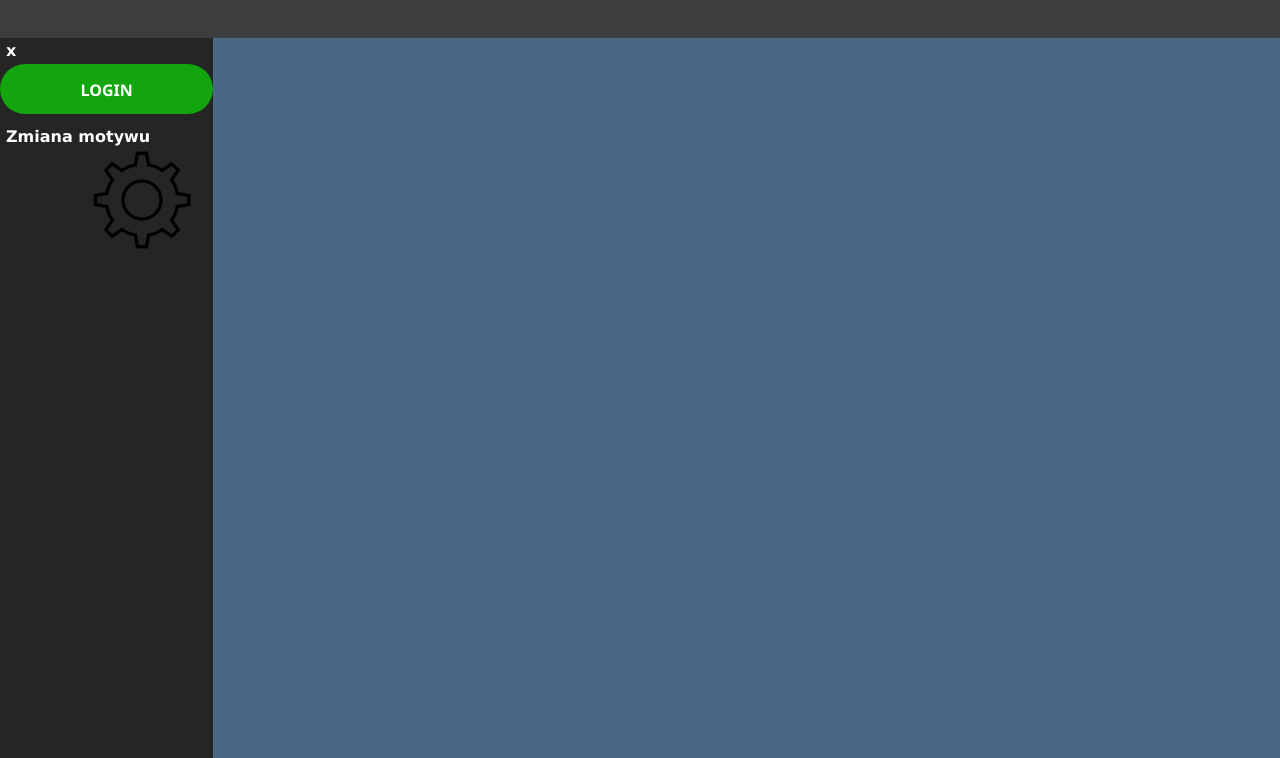
Repository: K4ziWolf/kazi
Page: /, after clicking the first element matching `button.btn`
These files come from the project's save history. The page is drawn as it stood at one moment and after the next save; the edit follows.
The browser window is 1280 px wide. The pictures show the whole page.
The project was rebuilt for these pictures with package versions that can differ from the ones it lists, and the page was loaded fresh each time. Also part of the build but not shown: vue.config.js, src/components/login_screen.vue, src/components/option_screen.vue.

Above is the page before, as saved 2023-10-21 02:17:19.

### src/App.vue
<template>
<body>
  <section>
  <div id="container" class="col-md-12">
    <div class="d-flex flex-column text-white" style="background-color: rgb(61, 61, 61) ">
    <div class="x-btn">
      <button class="btn btn-outline-secondary" v-bind:class="open_menu_button " @click="showMenuScreen" >
        Pokaż menu
      </button>
      <menu_screen v-if="isMenuScreenVisible" @hide-menu-screen="hideMenuScreen" @show-login-screen="showLoginScreen" @change-theme="changeTheme" @option-open="optionOpener">
      </menu_screen>

    <div> <!--menu_scree i login_screen odpowiedzialne są za pokazywanie się tych komponentów-->
      <login_screen v-if="isLoginScreenVisible" @hide-login-screen="hideLoginScreen">
      </login_screen>
    </div>
    <option_screen v-if="isOptionScreenVisible" @hide-option-screen="HideOptionScreen">
      </option_screen>
  </div>
  </div>
  </div>
  </section>
</body>
</template>

<script>
import menu_screen from './components/menu_screen.vue';
import login_screen from './components/login_screen.vue';
import option_screen from './components/option_screen.vue';
export default {
  components: {
    menu_screen,
    login_screen,
    option_screen,
  },
  data() {
    return {
      open_menu_button: "show",
      open_login_button: "show",
      isLoginScreenVisible: false,
      isMenuScreenVisible: false,
      changecolor:0,
      isOptionScreenVisible: false,
    };
  },
  methods: {
    optionOpener(){
      this.isOptionScreenVisible = true;
      setTimeout(() => {
      this.isMenuScreenVisible = false;
      }, 1000);
    },
    HideOptionScreen(){
      setTimeout(() => {
        this.open_login_button = "show";
        this.open_menu_button ='show';
        this.isOptionScreenVisible = false;
      }, 1500);
    },
    changeTheme() {
        this.changecolor += 1;
      if (this.changecolor % 2 === 0) {
        document.body.style.backgroundColor = 'blue';
      } else {
        document.body.style.backgroundColor = 'red';
      }
    },
    showMenuScreen() { //funkcja pokazująca menu
      this.isMenuScreenVisible = true;
      this.open_menu_button = "hidden";
      this.open_login_button = "show";
    },
    hideMenuScreen() {
      setTimeout(() => { //timeout aby animacja była płynna
        this.open_menu_button = "show";
        this.isMenuScreenVisible = false;
      }, 1200);
    },
    showLoginScreen() {
      this.isLoginScreenVisible = true;
      setTimeout(() => {
      this.isMenuScreenVisible = false;
      }, 1000);
    },
    hideLoginScreen() {
      setTimeout(() => {
        this.open_login_button = "show";
        this.open_menu_button ='show'
        this.isLoginScreenVisible = false;
      }, 1500);
    },
  },
};
</script>

<style>
@import '/src/style.css';

#app {
  font-family: Avenir, Helvetica, Arial, sans-serif;
  -webkit-font-smoothing: antialiased;
  -moz-osx-font-smoothing: grayscale;
  text-align: center;
  color: #2c3e50;
}
.show {
  opacity: 1;
  animation: show_button 0.4s;
}
@keyframes show_button {
  from {
    opacity: 0;
  }
  to {
    opacity: 1;
  }
}
.hidden {
  animation: hide_button 0.4s;
  opacity: 0;
}
@keyframes hide_button {
  from {
    opacity: 1;
  }
  to {
    opacity: 0;
  }
}
body { /*testy moje do zmiany */
  height: 100%;
  width: 100%;
  background-color: rgb(127, 247, 207);
}
.x-btn {
  background-color: rgb(61, 61, 61);

}
.xd-btn {
  text-decoration: none;
  border: none;
  font-family: Verdana, Geneva, Tahoma, sans-serif;
  background-color: #2c3e50;
  border-bottom-left-radius: 25px;
  border-bottom-right-radius: 25px;
  color: white;
  font-weight: bolder;

}
html {
  background-color: #496886;
}
</style>

### src/style.css
template {
    background-color: aqua;
}

### src/components/menu_screen.vue
<template>
     <div class="holder-ten1 col-sm-2" id="menu_holder" :class="menu_box_show">
    <div class="pole-exit-btn" id="Exit_menu_button">
      <button class="exit-baton" id="menu_exit_button" @click="hideMenuScreen">
        x
      </button>
      <button class="baton" id="poka-login" v-bind:class="open_login_button" @click="showLoginScreen">
        LOGIN
      </button>
      <button id="change_theme_btn" v-bind:class="change_theme_btn" @click="changeTheme">
        Zmiana motywu
      </button>
      <div id="gear_icon_box">
        <img
          v-bind:class="open_option_button"
          src="../assets/gear_icon.png"
          alt="Gear Icon"
          @mouseenter="openOptionButtonEnter"
          @mouseleave="openOptionButtonLeave"
          @click="open_options"
        />
      </div>
    </div>
  </div>
  </template>

  <script>
  export default {
    data() {
      return {
        menu_box_show: "show",
        open_option_button: "unanimated",
        change_theme_btn:"bright",
      };
    },
    methods: {
      open_options(){
        this.$emit('option-open');

      },
      changeTheme() {
        if (this.change_theme_btn === 'dark') {
          this.change_theme_btn = 'bright';
        } else {
          this.change_theme_btn = 'dark';
        }
          this.$emit('change-theme');
      },
      hideMenuScreen() {
        this.$emit('hide-menu-screen');
        this.menu_box_show = "hide";
      }, //emit to event, czyli wysłanie do komponenta rodzica komendy wywołania funckji w tym przypadku hideMenuScreen
      showLoginScreen() {
        this.menu_box_show = "hide";
        setTimeout(() => {
          this.$emit('show-Login-Screen');
        }, 200); //opóźnienie dla dobra animacji chyba tak mi się wydaje dawno temu to pisałem
      },
      openOptionButtonEnter() {
        this.open_option_button = "animated";
      },
      openOptionButtonLeave(){
        this.open_option_button = "unanimated";
      },
    },
  };
  </script>
  <style scoped>  /* scoped dotyczy tylko tego dokumentu */
.show {
  animation: show_animation 1s ease-in-out;
}
  .baton {
  background-color: rgb(18, 165, 13);
  display: inline-grid;
  text-decoration: none;
  width: 100%;
  height: 50px;
  border-radius: 25px;
  text-align: center;
  font-family: 'Segoe UI', Tahoma, Geneva, Verdana, sans-serif;
  border: none;
  color: white;
  font-weight: bold;
  margin-bottom: 10px;
  line-height: 50px; /* Zmieniona wysokość tekstu */
}
@keyframes show_animation {
  from {
    opacity: 0;
    transform: translate3d(-40%, 0, 0);
  }
  to {
    opacity: 1;
    transform: translate3d(0, 0, 0);
  }
}

.hide {
  opacity: 0;
  animation: hide_animation 1s ease-in-out;
}

@keyframes hide_animation {
  from {
    opacity: 1;
    transform: translate3d(0, 0, 0);
  }
  to {
    opacity: 0;
    transform: translate3d(-40%, 0, 0);
  }
}

#menu_holder {
  background-color: rgb(37, 37, 37) !important;
  position: absolute;
  height: 100vh;
  display: grid;
  grid-template-columns: 1fr;
  grid-template-areas: "Exit_menu_button" "poka-login" "change_theme_btn" "gear_icon_box";
  justify-content: center;
}

.baton {
  background-color: rgb(18, 165, 13);
  display: inline-grid;
  text-decoration: none;
  width: 100%; /* Rozciągnij przycisk na 100% szerokości kontenera */
  height: 50px;
  border-radius: 25px;
  text-align: center;
  font-family: 'Segoe UI', Tahoma, Geneva, Verdana, sans-serif;
  border: none;
  color: white;
  font-weight: bold;
  margin-bottom: 10px; /* Dodaj odstęp między przyciskami */
}

.exit-baton {
  border: none;
  background-color: transparent;
  display: grid;
  font-family: Verdana, Geneva, Tahoma, sans-serif;
  font-weight: bold;
  color: white;
}

  holder-ten1 {
    background-color: rgb(37, 37, 37);
  }
  pole-exit-btn {
    background-color: rgb(37, 37, 37);
  }
  .dark{
    color: rgb(37, 37, 37) !important;
  }
  .bright{

    color: white;
  }
  #gear_icon_box img {
    max-width: 100px;
    cursor: pointer;
  }
  .unanimated{
  animation: back_spin 0.5s;
}
  .animated{
    animation: spin 5s linear infinite;
  }
  @keyframes spin {
  from {
    transform: rotate(0deg);
  }
  to {
    transform: rotate(360deg);
  }
}
@keyframes back_spin {
  from {
    transform: rotate(360deg);
  }
  to {
    transform: rotate(0deg);
  }
 }
 #gear_icon_box {
  height: 30px;
  width: 30px;
  border: none;
  background-color: transparent;
  display: grid;
  font-family: Verdana, Geneva, Tahoma, sans-serif;
  font-weight: bold;
  grid-area: gear_icon_box;
  justify-self: center;
}
  #change_theme_btn{
    border: none;
    background-color: transparent;
    display: grid;

    font-family:Verdana, Geneva, Tahoma, sans-serif;
    font-weight: bold;
    grid-area: change_theme_btn;
   }

  </style>

Loaded but not shown: public/index.html (common file); src/main.js (common file)

After the next save:
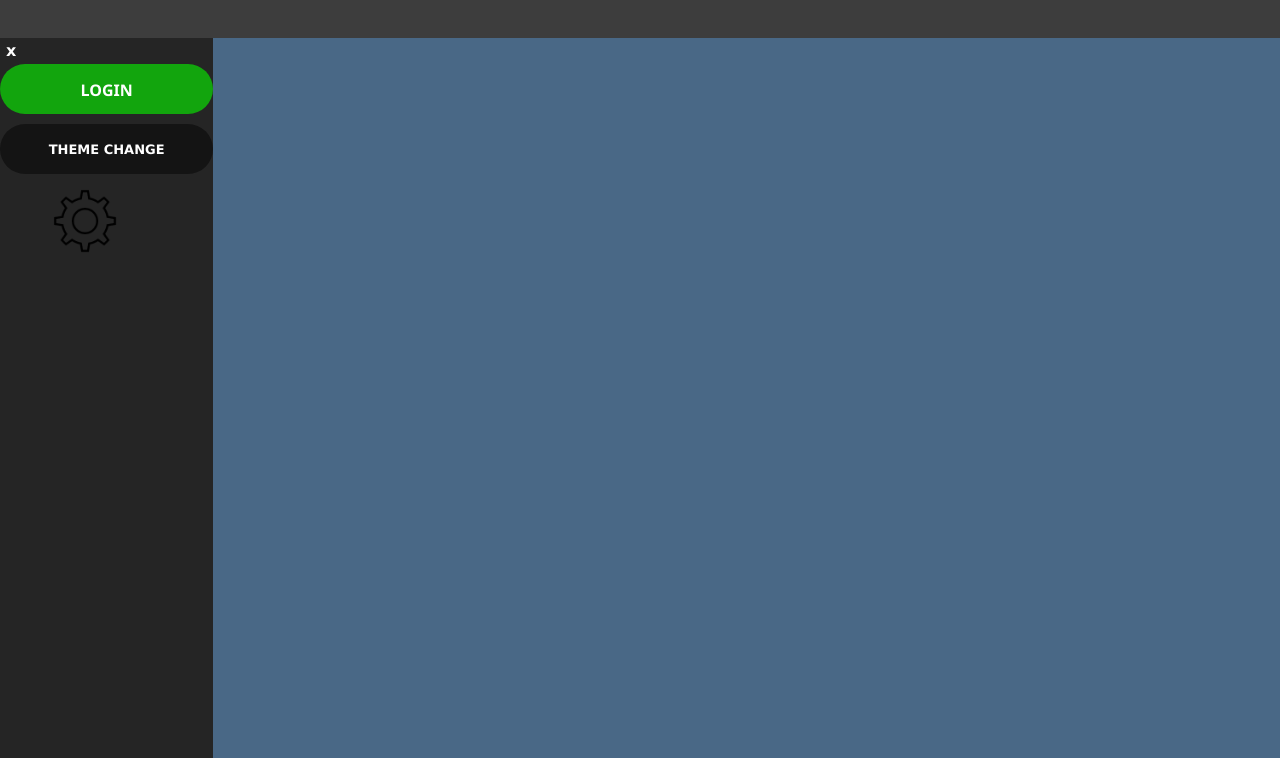
Saved 118 s later.
--- a/src/components/menu_screen.vue
+++ b/src/components/menu_screen.vue
@@ -8,8 +8,9 @@
         LOGIN
       </button>
       <button id="change_theme_btn" v-bind:class="change_theme_btn" @click="changeTheme">
-        Zmiana motywu
+        THEME CHANGE
       </button>
+
       <div id="gear_icon_box">
         <img
           v-bind:class="open_option_button"
@@ -36,6 +37,7 @@
     methods: {
       open_options(){
         this.$emit('option-open');
+        this.menu_box_show = "hide";
 
       },
       changeTheme() {
@@ -159,7 +161,7 @@
     color: white;
   }
   #gear_icon_box img {
-    max-width: 100px;
+    max-width: 64px;
     cursor: pointer;
   }
   .unanimated{
@@ -194,15 +196,41 @@
   font-weight: bold;
   grid-area: gear_icon_box;
   justify-self: center;
+  margin-left: auto;
+  margin-right: auto;
+  text-align: center;
+  margin: auto;
+  width: 50%;
+  margin-top: 15px;
 }
   #change_theme_btn{
     border: none;
-    background-color: transparent;
+    border-radius: 25px;
+    background-color: rgb(20, 20, 20);
     display: grid;
 
     font-family:Verdana, Geneva, Tahoma, sans-serif;
     font-weight: bold;
     grid-area: change_theme_btn;
+    font-size: 13px;
+    transition: 2s;
+    text-align: center;
+    margin-left: auto;
+    margin-right: auto;
+    display: inline-grid;
+    text-decoration: none;
+    width: 100%;
+    height: 50px;
+    line-height: 50px
+
+
    }
 
+   .switch-theme {
+    background-color: rgb(163, 163, 163);
+    justify-content: center;
+    align-self: center;
+    display: block;
+   }
+
   </style>
